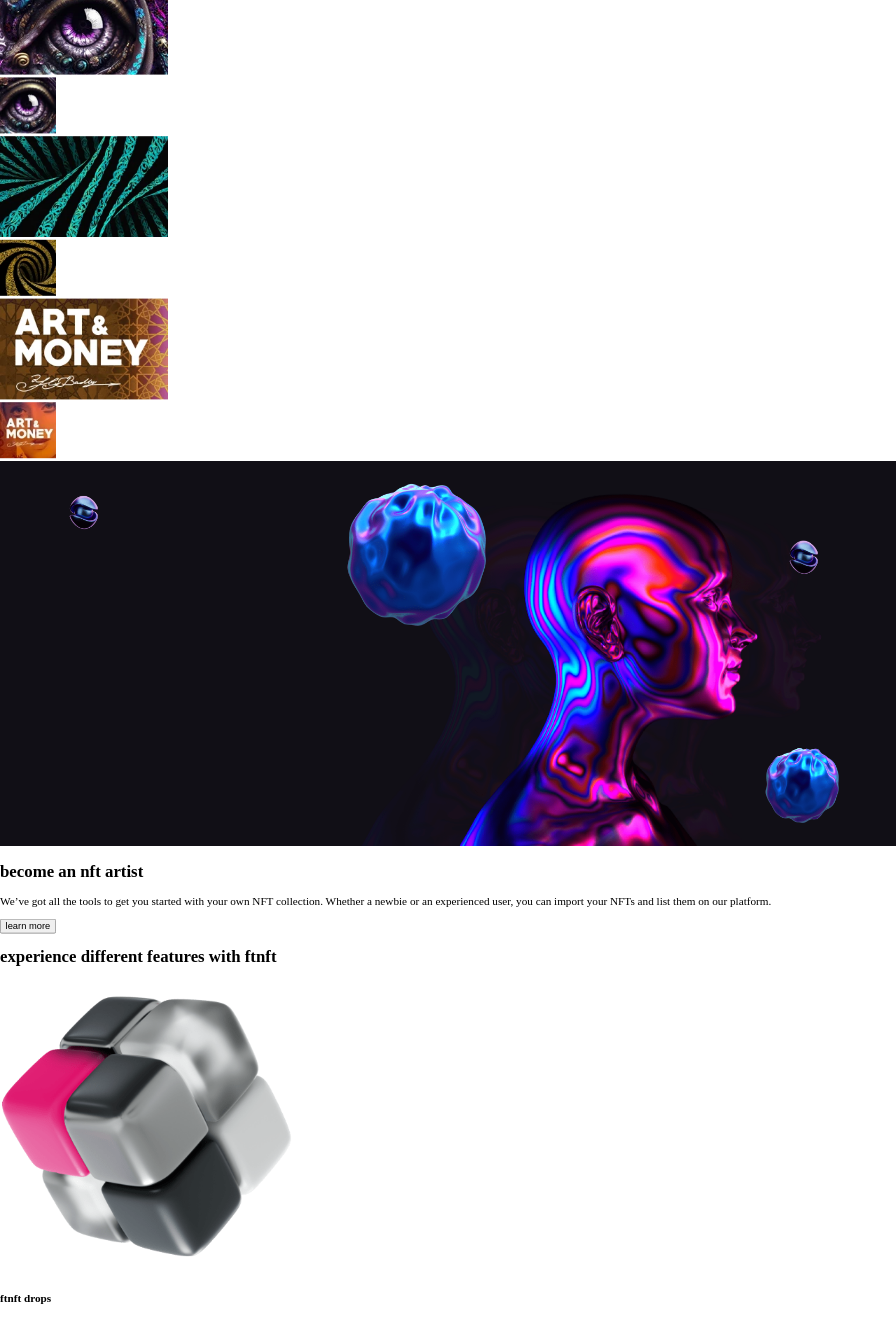
Repository: DxMAlbertGasparyan/_Project
Page: index.html
The author's editor kept a copy of each file at every save. The page is drawn from the files as they stood at one save, then again after the next save.
The browser window is 1280 px wide. The pictures show the part of the page from y = 1021 to 2941 px (the page is 2907 px tall before and 2941 px after), at 70% of full size.

Above is the page before, as saved 2023-12-05 15:21:13.

### index.html
<!DOCTYPE html>
<html lang="en">
<head>
    <meta charset="UTF-8">
    <meta name="viewport" content="width=device-width, initial-scale=1.0">
    <link rel="stylesheet" href="./css/index.css">
    <title>All-In-One NFT Platform | Buy and Sell NFTs with ftNFT</title>
    <link rel="icon" type="img/png" href="./images/favicon.png">
</head>
<body>
    <div id="root">
        <!-- Header Starts -->
        <header>
            <div class="hContent">
                <div class="logo_nav">
                    <div class="logos">
                        <div class="apps_logo">
                            <span><ion-icon name="apps"></ion-icon></span>
                        </div>
                        <div class="sitelogo">
                            <img src="./images/logo.png" alt="">
                        </div>
                    </div>
                    <nav>
                        <ul>
                            <li>
                                <a href="#">marketplace <span class="down_arrow"><ion-icon name="caret-down"></ion-icon></span></a>
                            </li>
                            <li>
                                <a href="#">rankings</a>
                            </li>
                            <li>
                                <a href="#">become an <span class="nft_uppercase">nft</span> artist</a>
                            </li>
                            <li>
                                <a href="#">phygital <span class="nft_uppercase">nft</span> stores</a>
                            </li>
                            <li>
                                <a href="#">event booking</a>
                            </li>
                            <li>
                                <a href="#">resources <span class="down_arrow"><ion-icon name="caret-down"></ion-icon></span></a>
                            </li>
                        </ul>
                    </nav>
                </div>
                <div class="button_lang">
                    <div class="button_header"><button>connect to fastex exchange</button></div>
                    <div class="bag_icon"><span><ion-icon name="bag-handle-outline"></ion-icon></span></div>
                    <div class="languages"><a href="#">en <span class="down_arrow"><ion-icon name="caret-down"></ion-icon></span></a></div>
                </div>
            </div>
            <section class="header_item">
                <div class="text_content">
                    <h1>single platfrm to explore, buy and sell <span>NFTs</span></h1>
                    <p>an <span>NFTs</span> platform to trade, collect and transform art int gitital collectibles</p>
                    <div class="text_content_btn">
                        <button class="get-started btn">get started</button>
                        <button class="explore btn">explore</button>
                    </div>
                </div>
                <div class="slider">
                    <!-- blokin width height tal petqa te che? -->
                    SLIDER
                </div>
            </section>
        </header>
        <!-- Header ends -->
        <main>
            <section class="featured_collections">
                <h3>featured collections</h3>
                <div class="items_container">
                    <div class="item">
                        <img src="./images/x39ziHUqPbngSsMldAuyOo2CUYyfhxfirgHPHXK6.webp" alt="">
                        <div class="bordered_img">
                            <img src="./images/XlDaUsynpYf66BdMb3ev9yMQ0K4AoFQKDEj72lPN.webp" alt="">
                        </div>
                    </div>
                    <div class="item">
                        <img src="./images/1OINFBEksdTTP2WOCxdsiH65SR6zLDRCy3l1pVCH.webp" alt="">
                        <div class="bordered_img">
                            <img src="./images/Khw1SX4aijpkKpJq6pyQdwxzbMqiKDIYFriJEjY9.webp" alt="">
                        </div>
                    </div>
                    <div class="item">
                        <img src="./images/jAssMBfnu18ZqhfcIRsWDcDnIUbWYPRC6JxWeOYK.webp" alt="">
                        <div class="bordered_img">
                            <img src="./images/YG6GxTtTyqsHGjpqxkulDXAgAo97iGnmz4vHQxB6.webp" alt="">
                        </div>
                    </div>
                    <div class="item">
                        <img src="./images/5IBWyQzvhMhcyvuoFQArEbbk9HRs8FteQvPqrZlK.webp" alt="">
                        <div class="bordered_img">
                            <img src="./images/ll85efr51x3t7qEDcm3YrC8yReTBPGANtHvOdEB0.webp" alt="">
                        </div>
                    </div>
                    <div class="item">
                        <img src="./images/xBleISHZEUuudcMQtiIklxfMie2yMKicgdQY7JiG.webp" alt="">
                        <div class="bordered_img">
                            <img src="./images/HMWWAcKkuUVxYrU7M7Pwl7iWGIJghy9wgCYrS4Eb.webp" alt="">
                        </div>
                    </div>
                </div>
            </section>
            <section class="nft_artist">
                <img src="./images/r54-nft-artist-min.png" style="width: 100%;" alt="">
                <div class="nft_artist_items">
                    <h2>become an <span>nft</span> artist</h2>
                    <p>
                        <span>We’ve got all the tools to get you started with your own NFT collection. Whether a newbie or an experienced user, you can import your NFTs and list them on our platform.</span>
                    </p>
                    <div class="artist_button">
                        <button class="artist_btn">learn more</button>
                    </div>
                </div>
            </section>
            <section class="experiience">
                <div class="experience_heading">
                    <h2>experience different features with ft<span>nft</span></h2>
                </div>
                <div class="flex_container">
                    <div class="flexet_blocks">
                        <img src="./images/70-ftnft-drops-min.png" alt="">
                        <h4>ft<span>nft</span> drops</h4>
                    </div>
                    <div class="flexet_blocks"></div>
                    <div class="flexet_blocks"></div>
                </div>
            </section>
        </main>
        <footer></footer>
    </div>
    <script type="module" src="https://unpkg.com/ionicons@7.1.0/dist/ionicons/ionicons.esm.js"></script>
<script nomodule src="https://unpkg.com/ionicons@7.1.0/dist/ionicons/ionicons.js"></script>
</body>
</html>

### css/index.css
body{
    margin: 0;
    padding: 0;
    box-sizing: border-box;
}

After the next save:
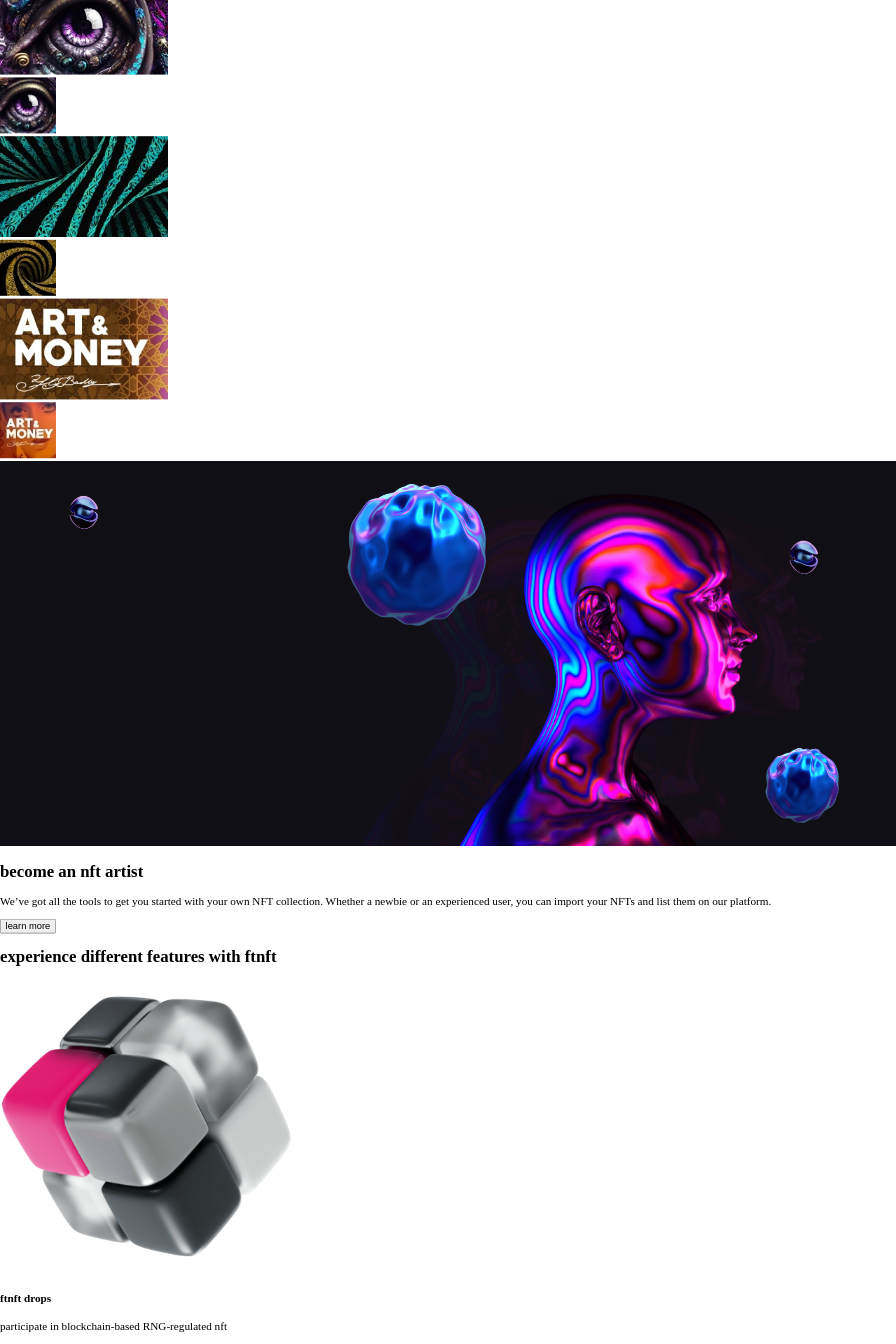
Saved 3 min 36 s later.
--- a/index.html
+++ b/index.html
@@ -122,6 +122,7 @@
                     <div class="flexet_blocks">
                         <img src="./images/70-ftnft-drops-min.png" alt="">
                         <h4>ft<span>nft</span> drops</h4>
+                        <p>participate in blockchain-based RNG-regulated <span>nft</span></p>
                     </div>
                     <div class="flexet_blocks"></div>
                     <div class="flexet_blocks"></div>
